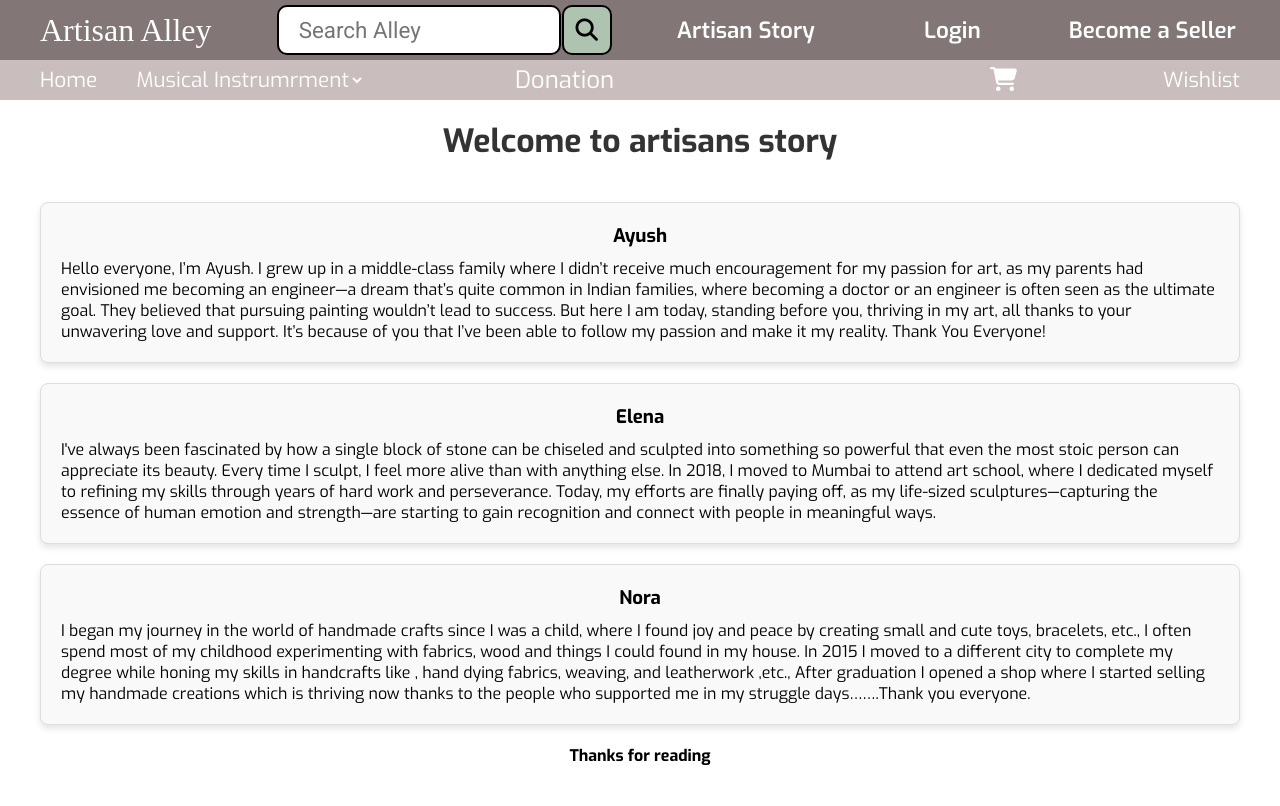
Repository: RingkhangBTY/Bytehacks_Hackathon_Project
Page: artisan-story.html
These files come from the project's save history. The page is drawn as it stood at one moment and after the next save; the edit follows.
The browser window is 1280 px wide. The pictures show the whole page.
Some web fonts or font styles are not loaded; a fallback is used.

Above is the page before, as saved 2024-11-27 09:58:46.

After the next save:
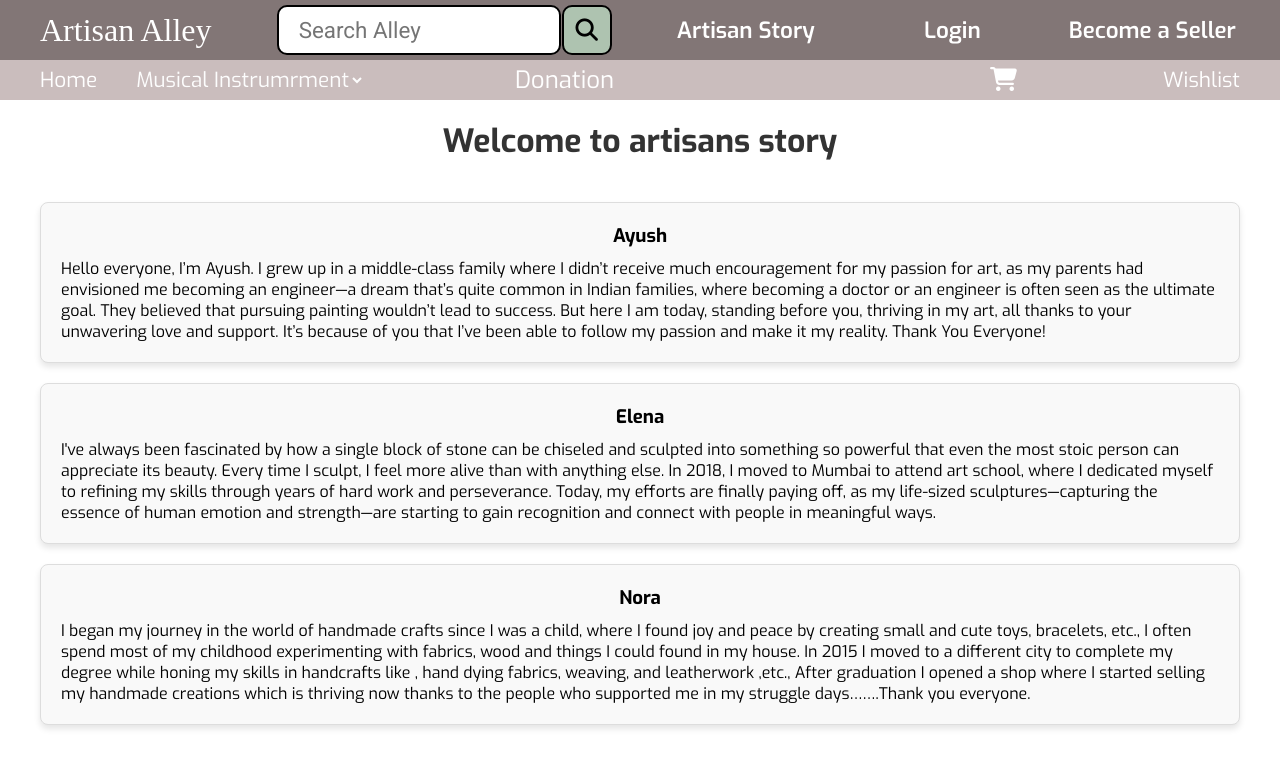
Saved 76 s later.
--- a/artisan-story.html
+++ b/artisan-story.html
@@ -90,7 +90,6 @@
                 <h3>Nora</h3>
                 <p>I began my journey in the world of handmade crafts since I was a child, where I found joy and peace by creating small and cute toys, bracelets, etc., I often spend most of my childhood experimenting with fabrics, wood and things I could found in my house. In 2015 I moved to a different city to complete my degree while honing my skills in handcrafts like , hand dying fabrics, weaving, and leatherwork ,etc., After graduation I opened a shop where I started selling my handmade creations which is thriving now thanks to the people who supported me in my struggle days…….Thank you everyone.</p>
             </div>
-            <h4>Thanks for reading</h4>
         </div>
     </main>
 </body>
